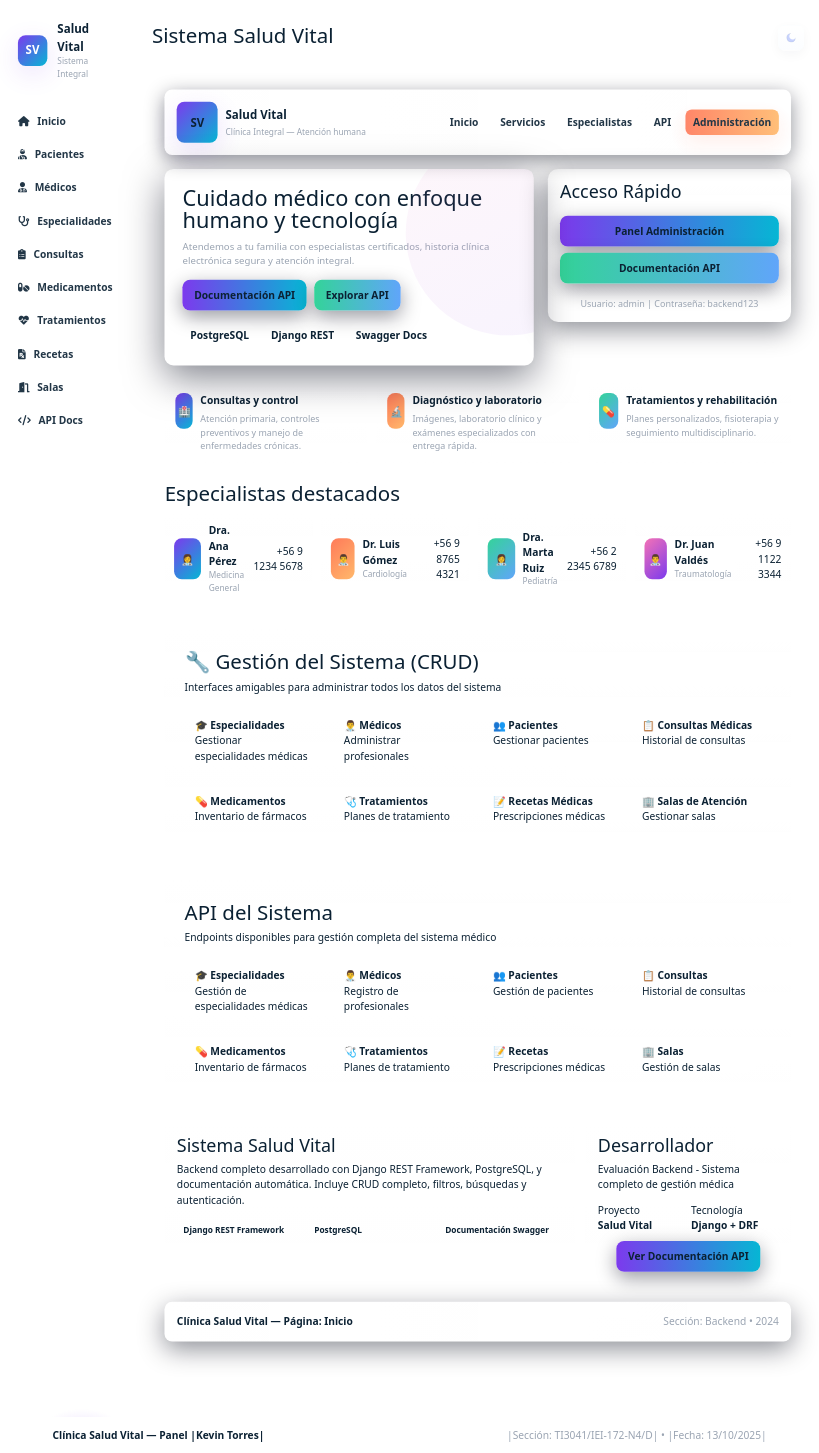
Repository: KeviNozh/eva2_clinica
Page: templates/index.html
These files come from the project's save history. The page is drawn as it stood at one moment and after the next save; the edit follows.
The browser window is 1280 px wide. The pictures show the whole page, at 64% of full size.
The template is drawn by Django 5.2. The application's start-up code is not run. Other server files are loaded and not shown. The template is opened directly, without the code that normally fills it, so the values that code supplies are empty.

Above is the page before, as saved 2025-10-14 19:44:40.

### templates/index.html
{% extends 'base.html' %}

{% block title %}Inicio - Salud Vital{% endblock %}

{% block content %}
<!DOCTYPE html>
<html lang="es">
<head>
  <meta charset="utf-8" />
  <meta name="viewport" content="width=device-width,initial-scale=1" />
  <style>
  /* Paleta viva y variables */
  :root{
    --bg:#ffffff;      /* fondo oscuro general */
    --soft-bg:#f6fbff;          /* paneles claros */
    --glass: rgba(224, 255, 246, 0.06);
    --muted:#9aa4b2;
    --white:var(--text);

    --c1-start:#7c3aed; --c1-end:#06b6d4;   /* morado -> cian */
    --c2-start:#ff7a59; --c2-end:#ffb86b;   /* naranja -> amarillo */
    --c3-start:#34d399; --c3-end:#60a5fa;   /* verde -> azul */
    --c4-start:#f472b6; --c4-end:#7c3aed;   /* rosa -> morado */

    --radius:14px;
    --shadow-lg: 0 18px 60px rgba(2,6,23,0.5);
    --max-width:1200px;
    font-family: Inter, system-ui, -apple-system, "Segoe UI", Roboto, "Helvetica Neue", Arial, sans-serif;
    color-scheme: dark;
  }

  /* Reset y layout */
  *{box-sizing:border-box}
  html,body{height:100%;margin:0;background:
    radial-gradient(600px 300px at 10% 10%, rgba(124,58,237,0.12), transparent 10%),
    radial-gradient(500px 240px at 90% 70%, rgba(6,182,212,0.08), transparent 8%),
    var(--bg);
    -webkit-font-smoothing:antialiased;color:var(--white);
  }
  a{color:inherit;text-decoration:none}
  .wrap{max-width:var(--max-width);margin:30px auto;padding:20px}

  /* Header */
  header.site{
    display:flex;align-items:center;gap:16px;padding:18px;border-radius:12px;
    background: linear-gradient(90deg, rgba(255,255,255,0.03), rgba(255,255,255,0.02));
    border: 1px solid rgba(255,255,255,0.04);
    box-shadow: 0 8px 30px rgba(2,6,23,0.45);
  }
  .brand{display:flex;gap:12px;align-items:center}
  .logo{
    width:64px;height:64px;border-radius:12px;background:linear-gradient(135deg,var(--c1-start),var(--c1-end));
    display:grid;place-items:center;font-weight:900;font-size:18px;color:var(--white);box-shadow:0 12px 40px rgba(124,58,237,0.14)
  }
  .brand .title{font-weight:800;font-size:18px}
  .brand .subtitle{font-size:13px;color:var(--muted);margin-top:4px}

  nav.main{margin-left:auto;display:flex;gap:10px;align-items:center}
  .nav-link{padding:8px 12px;border-radius:10px;color:var(--white);opacity:0.9;font-weight:700}
  .nav-link.ghost{background:transparent;border:1px solid rgba(255,255,255,0.04);opacity:0.8}
  .nav-link.cta{background:linear-gradient(90deg,var(--c2-start),var(--c2-end));box-shadow:0 12px 30px rgba(255,122,89,0.14)}

  /* Hero */
  .hero{display:grid;grid-template-columns:1fr 380px;gap:22px;margin-top:22px;align-items:start}
  @media (max-width:980px){ .hero{grid-template-columns:1fr} }
  .hero-card{
    background: linear-gradient(180deg, rgba(255,255,255,0.04), rgba(255,255,255,0.02));
    border-radius:var(--radius);padding:28px;box-shadow:var(--shadow-lg);
    position:relative;overflow:hidden;
  }
  /* decorative shapes */
  .hero-card::before{
    content:"";position:absolute;right:-120px;top:-60px;width:320px;height:320px;border-radius:160px;
    background:linear-gradient(135deg,var(--c4-start),var(--c4-end));opacity:0.06;transform:rotate(20deg);
  }
  .hero h1{margin:0;font-size:34px;line-height:1.02}
  .hero p{margin:12px 0;color:var(--muted);font-size:15px}
  .cta-group{display:flex;gap:12px;margin-top:18px;flex-wrap:wrap}
  .btn{
    padding:12px 18px;border-radius:12px;border:0;font-weight:800;cursor:pointer;
    color:var(--white);box-shadow:0 10px 30px rgba(2,6,23,0.4)
  }
  .btn.primary{background:linear-gradient(90deg,var(--c1-start),var(--c1-end))}
  .btn.alt{background:linear-gradient(90deg,var(--c3-start),var(--c3-end))}

  /* Appointment card (right) */
  .appointment{
    background: linear-gradient(180deg, rgba(255,255,255,0.03), rgba(255,255,255,0.02));
    padding:18px;border-radius:16px;border:1px solid rgba(255,255,255,0.04);box-shadow:0 12px 40px rgba(2,6,23,0.45)
  }
  .appointment h3{margin:0 0 10px 0}
  .appointment label{display:block;font-size:13px;color:var(--muted);margin-bottom:6px}
  .appointment input, .appointment select{width:100%;padding:10px;border-radius:10px;border:1px solid rgba(255,255,255,0.04);background:transparent;color:var(--white);margin-bottom:10px}

  /* Services grid */
  .services{display:grid;grid-template-columns:repeat(3,1fr);gap:14px;margin-top:26px}
  @media (max-width:1100px){ .services{grid-template-columns:repeat(2,1fr)} }
  @media (max-width:700px){ .services{grid-template-columns:1fr} }
  .service{
    background:linear-gradient(180deg, rgba(255,255,255,0.02), rgba(255,255,255,0.01));
    padding:16px;border-radius:12px;border:1px solid rgba(255,255,255,0.03);display:flex;gap:12px;align-items:flex-start;
  }
  .service .icon{width:56px;height:56px;border-radius:12px;display:grid;place-items:center;color:var(--white);font-weight:900}
  .s1{background:linear-gradient(135deg,var(--c1-start),var(--c1-end))}
  .s2{background:linear-gradient(135deg,var(--c2-start),var(--c2-end))}
  .s3{background:linear-gradient(135deg,var(--c3-start),var(--c3-end))}
  .service .title{font-weight:800}
  .service .desc{color:var(--muted);margin-top:6px;font-size:14px}

  /* Specialists */
  .specialists{margin-top:28px}
  .specialists h2{margin:0 0 12px 0}
  .cards{display:grid;grid-template-columns:repeat(4,1fr);gap:14px}
  @media (max-width:1100px){ .cards{grid-template-columns:repeat(2,1fr)} }
  @media (max-width:600px){ .cards{grid-template-columns:1fr} }
  .doctor{
    background:linear-gradient(180deg, rgba(255,255,255,0.02), rgba(255,255,255,0.01));
    padding:14px;border-radius:12px;border:1px solid rgba(255,255,255,0.03);display:flex;gap:12px;align-items:center;
  }
  .avatar{width:64px;height:64px;border-radius:12px;display:grid;place-items:center;font-weight:900;color:var(--white)}
  .avatar.a1{background:linear-gradient(135deg,var(--c1-start),var(--c1-end))}
  .avatar.a2{background:linear-gradient(135deg,var(--c2-start),var(--c2-end))}
  .avatar.a3{background:linear-gradient(135deg,var(--c3-start),var(--c3-end))}
  .avatar.a4{background:linear-gradient(135deg,var(--c4-start),var(--c4-end))}
  .doc-meta .name{font-weight:800}
  .doc-meta .spec{color:var(--muted);font-size:13px}

  /* Facilities / base */
  .base{display:grid;grid-template-columns:2fr 1fr;gap:16px;margin-top:28px}
  @media (max-width:900px){ .base{grid-template-columns:1fr} }
  .about, .contact{
    background: linear-gradient(180deg, rgba(255,255,255,0.02), rgba(255,255,255,0.01));
    padding:18px;border-radius:12px;border:1px solid rgba(255,255,255,0.03);
  }
  .about h3{margin-top:0}
  .features{display:grid;grid-template-columns:repeat(3,1fr);gap:10px;margin-top:12px}
  .feature{padding:10px;border-radius:10px;background:linear-gradient(90deg, rgba(255,255,255,0.02), transparent);font-weight:700;color:var(--white);font-size:13px}

  /* Contact */
  .contact form input, .contact form textarea{width:100%;padding:10px;border-radius:10px;border:1px solid rgba(255,255,255,0.04);background:transparent;color:var(--white);margin-bottom:8px}

  /* Footer */
  footer.site{
    margin-top:28px;padding:18px;border-radius:12px;background:linear-gradient(90deg, rgba(255,255,255,0.03), rgba(255,255,255,0.02));
    border:1px solid rgba(255,255,255,0.04);
    display:flex;justify-content:space-between;align-items:center;gap:12px;box-shadow:0 12px 40px rgba(2,6,23,0.45)
  }
  .footer-left{font-weight:800}
  .footer-right{color:var(--muted)}
  .pill{display:inline-block;padding:8px 12px;border-radius:999px;background:rgba(255,255,255,0.04);font-weight:700}

  /* API Links Section */
  .api-section {
    margin-top: 40px;
    padding: 30px;
    background: linear-gradient(180deg, rgba(255,255,255,0.03), rgba(255,255,255,0.01));
    border-radius: 16px;
    border: 1px solid rgba(255,255,255,0.04);
  }
  .api-links {
    display: grid;
    grid-template-columns: repeat(auto-fit, minmax(200px, 1fr));
    gap: 15px;
    margin-top: 20px;
  }
  .api-link {
    padding: 15px;
    background: rgba(255,255,255,0.02);
    border-radius: 10px;
    border: 1px solid rgba(255,255,255,0.03);
    transition: all 0.3s ease;
  }
  .api-link:hover {
    background: rgba(255,255,255,0.05);
    transform: translateY(-2px);
  }

  /* Small responsive tweaks */
  @media (max-width:520px){
    .nav-link{display:none}
    header.site{padding:12px}
    .logo{width:52px;height:52px}
  }
  </style>
</head>
<body>
  <div class="wrap">
    <!-- Header -->
    <header class="site" role="banner" aria-label="Encabezado principal">
      <div class="brand">
        <div class="logo" aria-hidden>SV</div>
        <div>
          <div class="title">Salud Vital</div>
          <div class="subtitle">Clínica Integral — Atención humana</div>
        </div>
      </div>

      <nav class="main" role="navigation" aria-label="Navegación principal">
        <a class="nav-link" href="#home">Inicio</a>
        <a class="nav-link" href="#servicios">Servicios</a>
        <a class="nav-link" href="#medicos">Especialistas</a>
        <a class="nav-link" href="#api">API</a>
        <a class="nav-link cta" href="/admin/">Administración</a>
      </nav>
    </header>

    <!-- Hero + Appointment -->
    <section class="hero" id="home" aria-labelledby="hero-title">
      <div class="hero-card">
        <h1 id="hero-title">Cuidado médico con enfoque humano y tecnología</h1>
        <p>Atendemos a tu familia con especialistas certificados, historia clínica electrónica segura y atención integral.</p>

        <div class="cta-group">
          <a class="btn primary" href="/api/docs/">Documentación API</a>
          <a class="btn alt" href="/api/">Explorar API</a>
        </div>

        <div style="margin-top:18px;display:flex;gap:10px;flex-wrap:wrap">
          <span class="pill">PostgreSQL</span>
          <span class="pill">Django REST</span>
          <span class="pill">Swagger Docs</span>
        </div>
      </div>

      <aside class="appointment" aria-labelledby="ap-title" id="cita">
        <h3 id="ap-title">Acceso Rápido</h3>
        <div style="text-align: center; margin: 20px 0;">
          <a href="/admin/" class="btn primary" style="display: block; margin-bottom: 10px;">Panel Administración</a>
          <a href="/api/docs/" class="btn alt" style="display: block;">Documentación API</a>
        </div>
        <div style="color: var(--muted); font-size: 14px; text-align: center;">
          Usuario: admin | Contraseña: backend123
        </div>
      </aside>
    </section>

    <!-- Services -->
    <section id="servicios" class="services" aria-label="Servicios destacados">
      <article class="service">
        <div class="icon s1">🏥</div>
        <div>
          <div class="title">Consultas y control</div>
          <div class="desc">Atención primaria, controles preventivos y manejo de enfermedades crónicas.</div>
        </div>
      </article>

      <article class="service">
        <div class="icon s2">🔬</div>
        <div>
          <div class="title">Diagnóstico y laboratorio</div>
          <div class="desc">Imágenes, laboratorio clínico y exámenes especializados con entrega rápida.</div>
        </div>
      </article>

      <article class="service">
        <div class="icon s3">💊</div>
        <div>
          <div class="title">Tratamientos y rehabilitación</div>
          <div class="desc">Planes personalizados, fisioterapia y seguimiento multidisciplinario.</div>
        </div>
      </article>
    </section>

    <!-- Specialists -->
    <section class="specialists" id="medicos">
      <h2>Especialistas destacados</h2>
      <div class="cards" role="list">
        <div class="doctor" role="listitem">
          <div class="avatar a1">👩‍⚕️</div>
          <div class="doc-meta" style="flex:1">
            <div class="name">Dra. Ana Pérez</div>
            <div class="spec">Medicina General</div>
          </div>
          <div style="text-align:right">
            <div class="muted">+56 9 1234 5678</div>
          </div>
        </div>

        <div class="doctor">
          <div class="avatar a2">👨‍⚕️</div>
          <div class="doc-meta" style="flex:1">
            <div class="name">Dr. Luis Gómez</div>
            <div class="spec">Cardiología</div>
          </div>
          <div style="text-align:right">
            <div class="muted">+56 9 8765 4321</div>
          </div>
        </div>

        <div class="doctor">
          <div class="avatar a3">👩‍⚕️</div>
          <div class="doc-meta" style="flex:1">
            <div class="name">Dra. Marta Ruiz</div>
            <div class="spec">Pediatría</div>
          </div>
          <div style="text-align:right">
            <div class="muted">+56 2 2345 6789</div>
          </div>
        </div>

        <div class="doctor">
          <div class="avatar a4">👨‍⚕️</div>
          <div class="doc-meta" style="flex:1">
            <div class="name">Dr. Juan Valdés</div>
            <div class="spec">Traumatología</div>
          </div>
          <div style="text-align:right">
            <div class="muted">+56 9 1122 3344</div>
          </div>
        </div>
      </div>
    </section>

<!-- Agregar esta sección después de "Especialistas destacados" -->
<section class="api-section" id="crud">
  <h2>🔧 Gestión del Sistema (CRUD)</h2>
  <p class="muted">Interfaces amigables para administrar todos los datos del sistema</p>

  <div class="api-links">
    <a href="/crud/especialidades/" class="api-link">
      <strong>🎓 Especialidades</strong>
      <div class="muted">Gestionar especialidades médicas</div>
    </a>
    <a href="/crud/medicos/" class="api-link">
      <strong>👨‍⚕️ Médicos</strong>
      <div class="muted">Administrar profesionales</div>
    </a>
    <a href="/crud/pacientes/" class="api-link">
      <strong>👥 Pacientes</strong>
      <div class="muted">Gestionar pacientes</div>
    </a>
    <a href="/crud/consultas/" class="api-link">
      <strong>📋 Consultas Médicas</strong>
      <div class="muted">Historial de consultas</div>
    </a>
    <a href="/crud/medicamentos/" class="api-link">
      <strong>💊 Medicamentos</strong>
      <div class="muted">Inventario de fármacos</div>
    </a>
    <a href="/crud/tratamientos/" class="api-link">
      <strong>🩺 Tratamientos</strong>
      <div class="muted">Planes de tratamiento</div>
    </a>
    <a href="/crud/recetas/" class="api-link">
      <strong>📝 Recetas Médicas</strong>
      <div class="muted">Prescripciones médicas</div>
    </a>
    <a href="/crud/salas/" class="api-link">
      <strong>🏢 Salas de Atención</strong>
      <div class="muted">Gestionar salas</div>
    </a>
  </div>
</section>

    <!-- API Section -->
    <section class="api-section" id="api">
      <h2>API del Sistema</h2>
      <p class="muted">Endpoints disponibles para gestión completa del sistema médico</p>

      <div class="api-links">
        <a href="/api/especialidades/" class="api-link">
          <strong>🎓 Especialidades</strong>
          <div class="muted">Gestión de especialidades médicas</div>
        </a>
        <a href="/api/medicos/" class="api-link">
          <strong>👨‍⚕️ Médicos</strong>
          <div class="muted">Registro de profesionales</div>
        </a>
        <a href="/api/pacientes/" class="api-link">
          <strong>👥 Pacientes</strong>
          <div class="muted">Gestión de pacientes</div>
        </a>
        <a href="/api/consultas-medicas/" class="api-link">
          <strong>📋 Consultas</strong>
          <div class="muted">Historial de consultas</div>
        </a>
        <a href="/api/medicamentos/" class="api-link">
          <strong>💊 Medicamentos</strong>
          <div class="muted">Inventario de fármacos</div>
        </a>
        <a href="/api/tratamientos/" class="api-link">
          <strong>🩺 Tratamientos</strong>
          <div class="muted">Planes de tratamiento</div>
        </a>
        <a href="/api/recetas-medicas/" class="api-link">
          <strong>📝 Recetas</strong>
          <div class="muted">Prescripciones médicas</div>
        </a>
        <a href="/api/salas-atencion/" class="api-link">
          <strong>🏢 Salas</strong>
          <div class="muted">Gestión de salas</div>
        </a>
      </div>
    </section>

    <!-- Base / About & Contact -->
    <section class="base" id="contacto">
      <div class="about">
        <h3>Sistema Salud Vital</h3>
        <p class="muted">Backend completo desarrollado con Django REST Framework, PostgreSQL, y documentación automática. Incluye CRUD completo, filtros, búsquedas y autenticación.</p>

        <div class="features" aria-hidden>
          <div class="feature">Django REST Framework</div>
          <div class="feature">PostgreSQL</div>
          <div class="feature">Documentación Swagger</div>
        </div>
      </div>

      <aside class="contact" aria-labelledby="contact-title">
        <h3 id="contact-title">Desarrollador</h3>
        <p class="muted">Evaluación Backend - Sistema completo de gestión médica</p>

        <div style="display:flex;gap:8px;margin-top:8px">
          <div style="flex:1">
            <div class="muted">Proyecto</div>
            <div style="font-weight:800">Salud Vital</div>
          </div>
          <div style="flex:1">
            <div class="muted">Tecnología</div>
            <div style="font-weight:800">Django + DRF</div>
          </div>
        </div>

        <div style="margin-top:12px; text-align: center;">
          <a href="/api/docs/" class="btn primary">Ver Documentación API</a>
        </div>
      </aside>
    </section>

    <!-- Footer -->
    <footer class="site" role="contentinfo">
      <div class="footer-left">
        Clínica Salud Vital — Página: Inicio
      </div>
      <div class="footer-right">
        <div class="muted">Sección: Backend • <span>2024</span></div>
      </div>
    </footer>
  </div>
</body>
</html>
{% endblock %}

Loaded but not shown: templates/base.html (345 lines, source omitted)

After the next save:
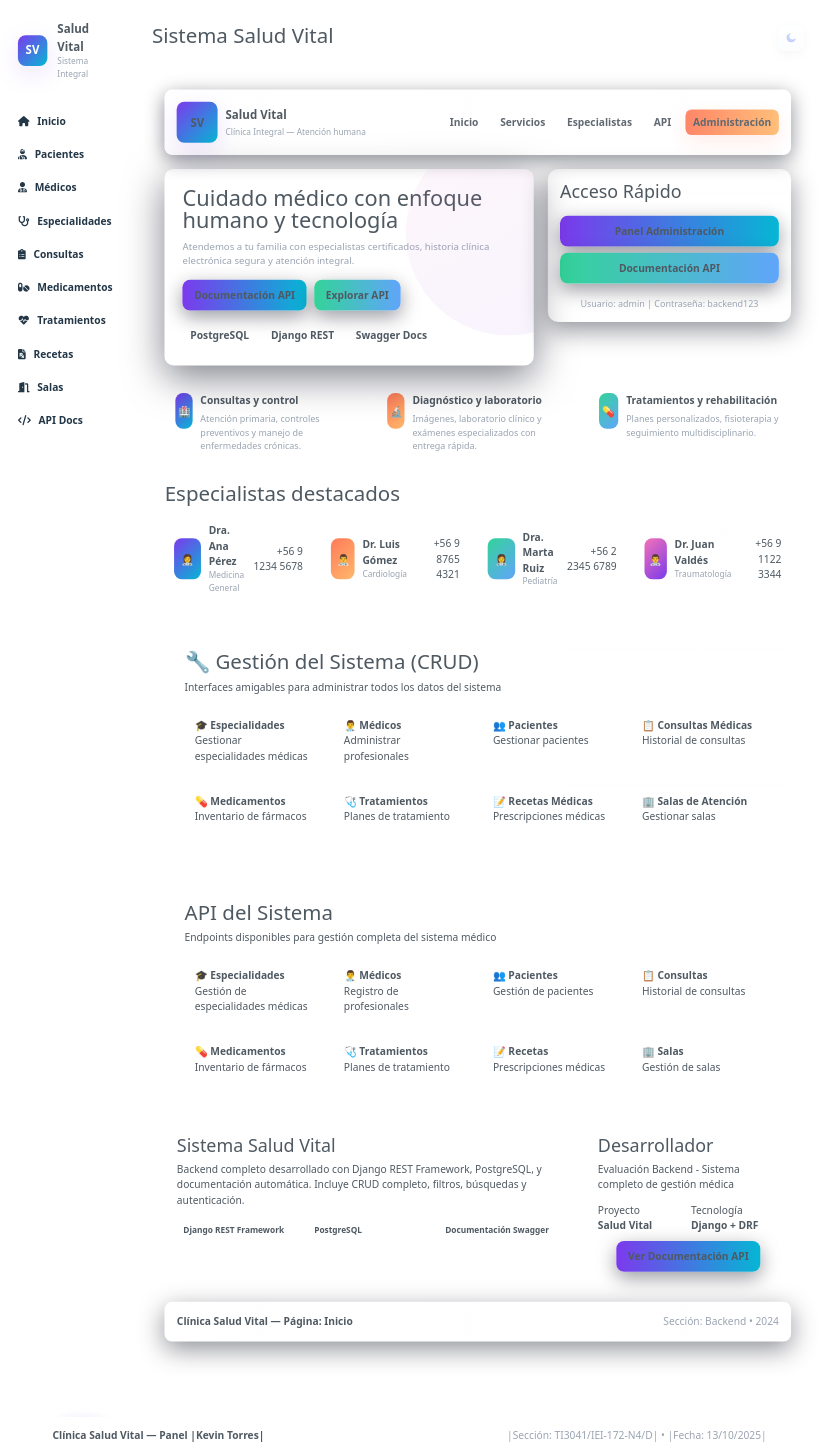
Saved 41 s later.
--- a/templates/index.html
+++ b/templates/index.html
@@ -15,7 +15,7 @@
     --soft-bg:#f6fbff;          /* paneles claros */
     --glass: rgba(224, 255, 246, 0.06);
     --muted:#9aa4b2;
-    --white:var(--text);
+    --white:#4f5962;
 
     --c1-start:#7c3aed; --c1-end:#06b6d4;   /* morado -> cian */
     --c2-start:#ff7a59; --c2-end:#ffb86b;   /* naranja -> amarillo */
